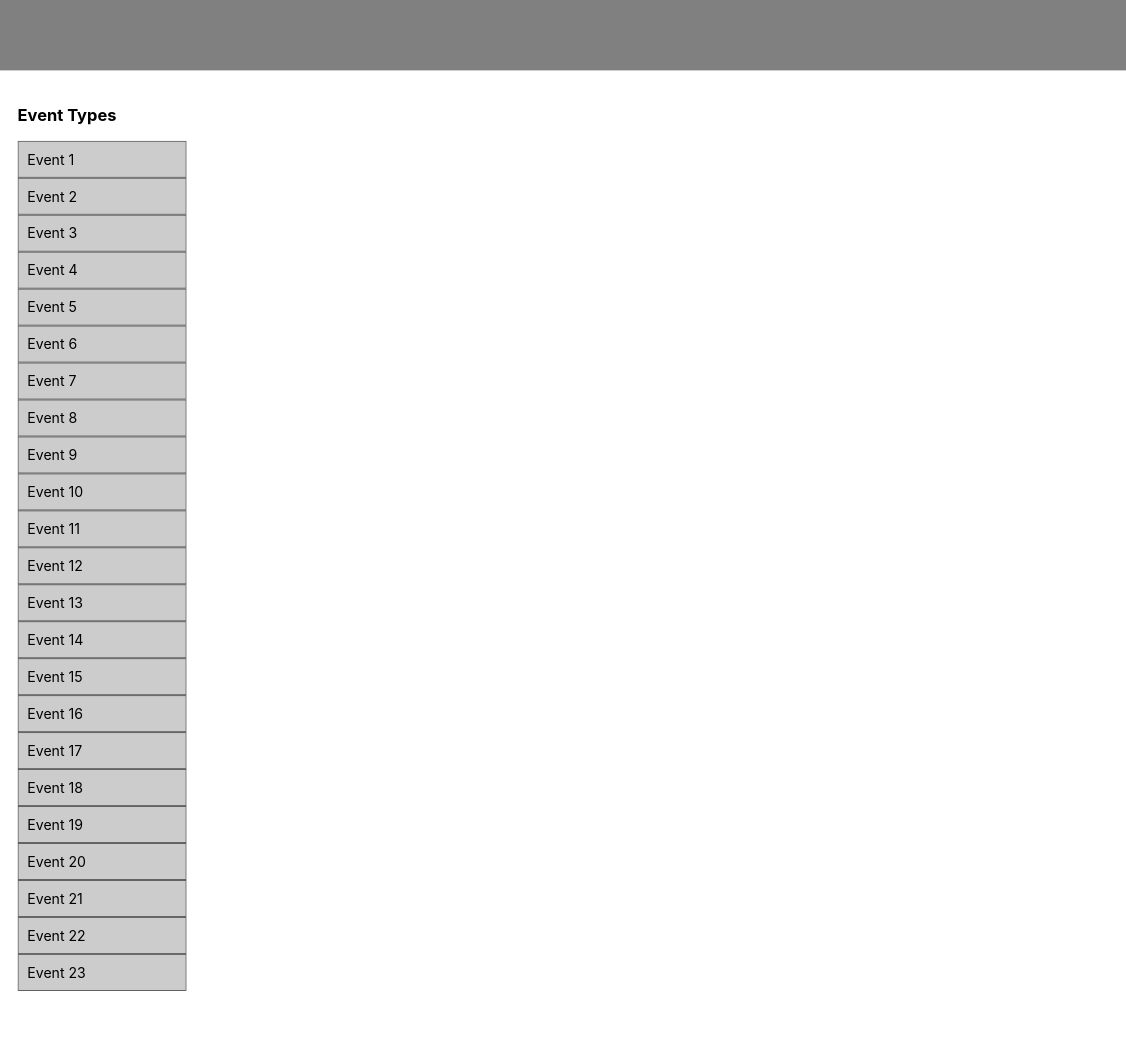
Repository: TauqeerHusain/Assignment
Page: /
These files come from the project's save history. The page is drawn as it stood at one moment and after the next save; the edit follows.
The browser window is 1280 px wide. The pictures show the whole page, at 88% of full size.
The project was rebuilt for these pictures with package versions that can differ from the ones it lists, and the page was loaded fresh each time.

Above is the page before, as saved 2023-02-07 11:09:06.

After the next save:
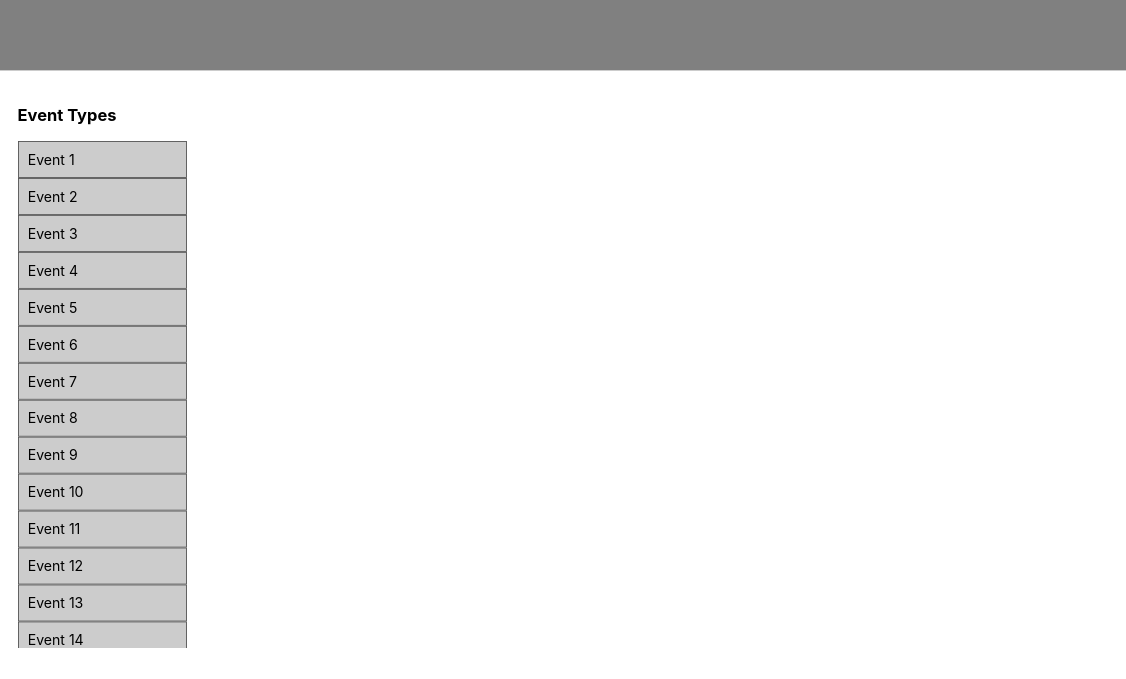
Saved 5 s later.
--- a/src/App.js
+++ b/src/App.js
@@ -533,7 +533,7 @@ const App = () => {
               listStyleType: "none",
               padding: 0,
               overflowY: "scroll",
-              height: "100%",
+              height: "80vh",
             }}
           >
             {events.map((event) => (
